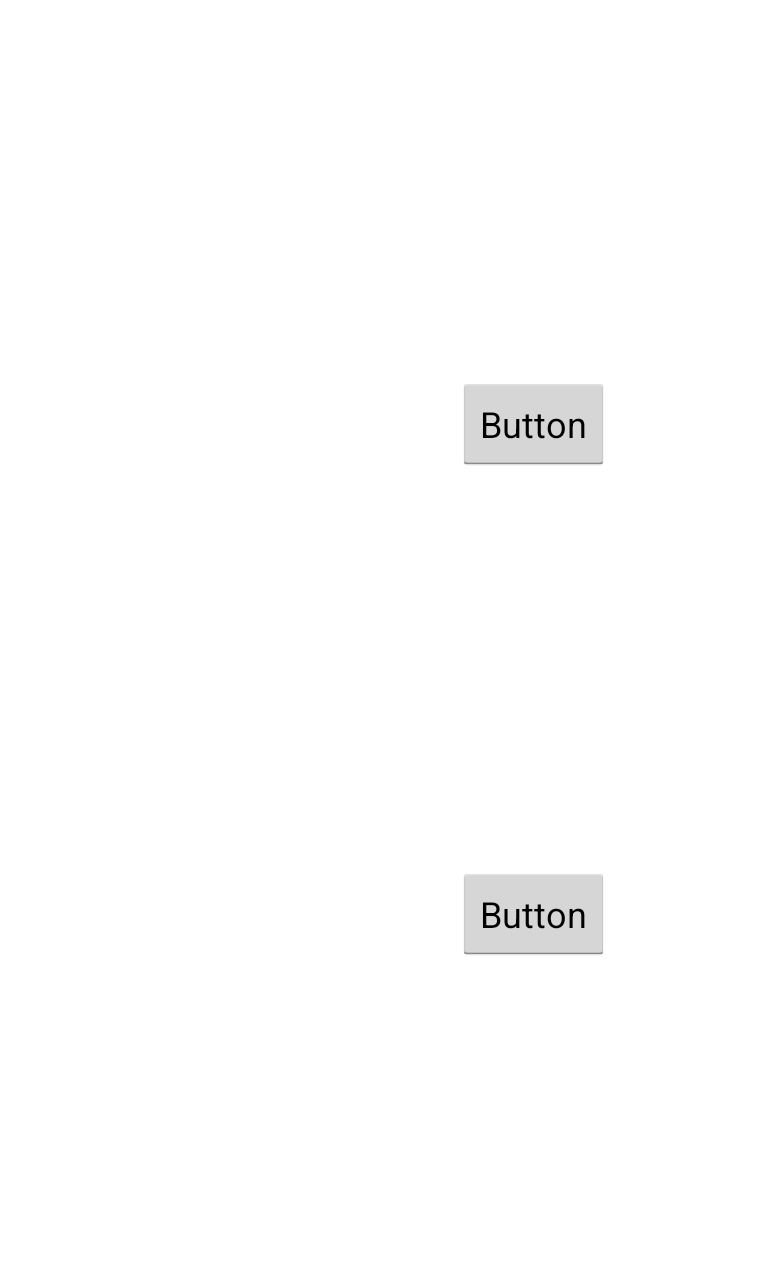
Repository: ankitC/taskmon
Layout: taskmon/res/layout/activity_main.xml
An editor plug-in stored every save of this project. The layout is shown before and after the next save, followed by the edit.
It is drawn on a 768 x 1280 px phone screen (xhdpi) without system bars, with theme AppTheme; the app's code is not run.

Above is the layout before, as saved 2013-10-07 01:53:13.

### taskmon/res/layout/activity_main.xml
<RelativeLayout xmlns:android="http://schemas.android.com/apk/res/android"
    xmlns:tools="http://schemas.android.com/tools"
    android:layout_width="match_parent"
    android:layout_height="match_parent"
    android:paddingBottom="@dimen/activity_vertical_margin"
    android:paddingLeft="@dimen/activity_horizontal_margin"
    android:paddingRight="@dimen/activity_horizontal_margin"
    android:paddingTop="@dimen/activity_vertical_margin"
    tools:context=".MainActivity" >

    <Button
        android:id="@+id/button1"
        android:layout_width="wrap_content"
        android:layout_height="wrap_content"
        android:layout_alignParentLeft="true"
        android:layout_alignParentTop="true"
        android:layout_marginLeft="212dp"
        android:layout_marginTop="172dp"
        android:text="Button" />

    <Button
        android:id="@+id/button2"
        android:layout_width="wrap_content"
        android:layout_height="wrap_content"
        android:layout_alignLeft="@+id/button1"
        android:layout_below="@+id/button1"
        android:layout_marginTop="197dp"
        android:text="Button" />

</RelativeLayout>

### taskmon/res/values/strings.xml
<?xml version="1.0" encoding="utf-8"?>
<resources>

    <string name="app_name">taskmon</string>
    <string name="action_settings">Settings</string>
    <string name="hello_world">Hello world!</string>
    <string name="setReserve">Set Reserve</string>
    <string name="cancelReserve">Cancel Reserve</string>

</resources>

Loaded but not shown: taskmon/res/values/styles.xml (common file); taskmon/res/values-v11/styles.xml (common file); taskmon/res/values-v14/styles.xml (common file); taskmon/res/values/dimens.xml (common file)

After the next save:
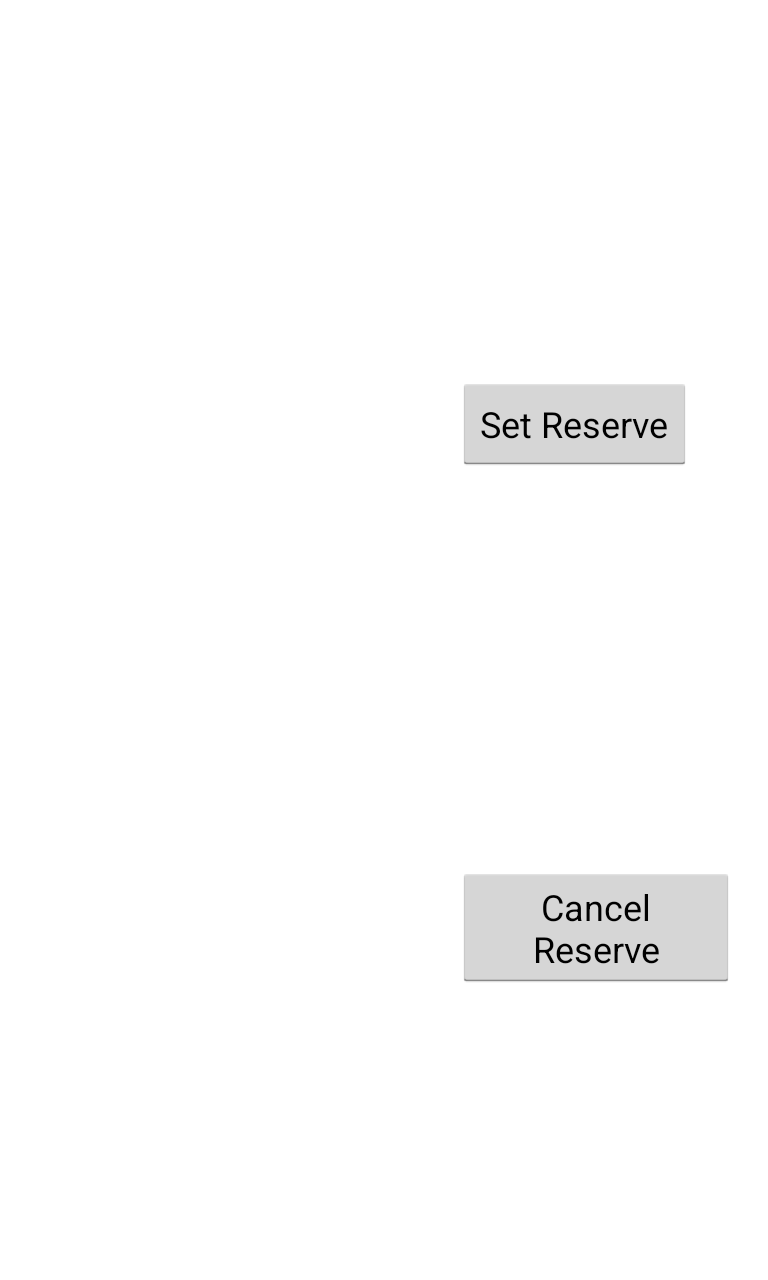
Saved 3 min 16 s later.
--- a/taskmon/res/layout/activity_main.xml
+++ b/taskmon/res/layout/activity_main.xml
@@ -9,22 +9,22 @@
     tools:context=".MainActivity" >
 
     <Button
-        android:id="@+id/button1"
+        android:id="@+id/setReserveButton"
         android:layout_width="wrap_content"
         android:layout_height="wrap_content"
         android:layout_alignParentLeft="true"
         android:layout_alignParentTop="true"
         android:layout_marginLeft="212dp"
         android:layout_marginTop="172dp"
-        android:text="Button" />
+        android:text="@string/setReserve" />
 
     <Button
-        android:id="@+id/button2"
+        android:id="@+id/cancelReserveButton"
         android:layout_width="wrap_content"
         android:layout_height="wrap_content"
-        android:layout_alignLeft="@+id/button1"
-        android:layout_below="@+id/button1"
+        android:layout_alignLeft="@+id/setReserveButton"
+        android:layout_below="@+id/setReserveButton"
         android:layout_marginTop="197dp"
-        android:text="Button" />
+        android:text="@string/cancelReserve" />
 
 </RelativeLayout>
